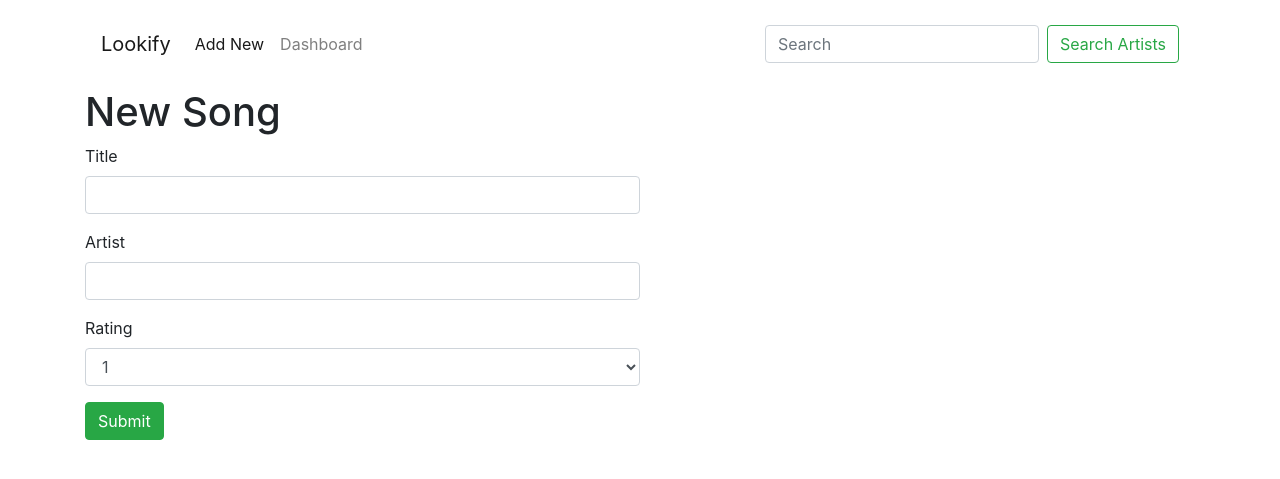
Repository: ACow3/java
Page: http://localhost/lookify/WEB-INF/lookify/new.jsp
An editor plug-in stored every save of this project. The page is shown before and after the next save, followed by the edit.
The browser window is 1280 px wide. The pictures show the whole page.
The page is served by Tomcat 9. Nobody is signed in. The template is opened directly, without the code that normally fills it, so the values that code supplies are empty.

Above is the page before, as saved 2019-08-15 21:15:40.

After the next save:
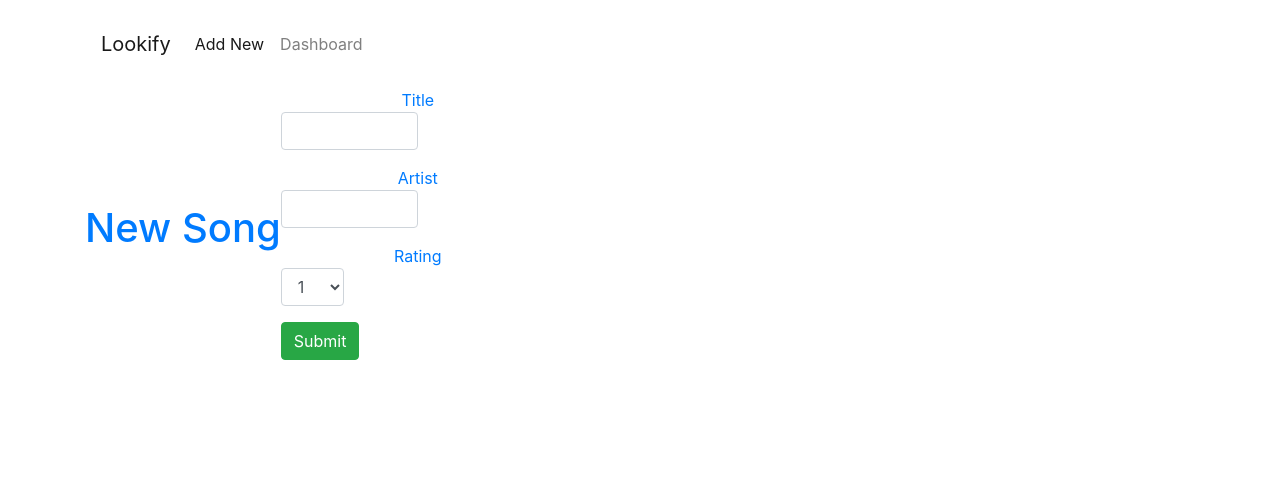
Saved 82 s later.
--- a/java_spring/lookify/src/main/webapp/WEB-INF/lookify/new.jsp
+++ b/java_spring/lookify/src/main/webapp/WEB-INF/lookify/new.jsp
@@ -30,12 +30,8 @@
 					</a></li>
 					<li class="nav-item"><a class="nav-link" href="/dashboard">Dashboard</a></li>
 				</ul>
-				<form class="form-inline my-2 my-lg-0">
-					<input class="form-control mr-sm-2" type="search"
-						placeholder="Search">
-					<button class="btn btn-outline-success my-2 my-sm-0" type="submit">Search
-						Artists</button>
-				</form>
+				<a href="/dashboard" class="form-inline my-2 my-lg-0">
+
 			</div>
 		</nav>
 
